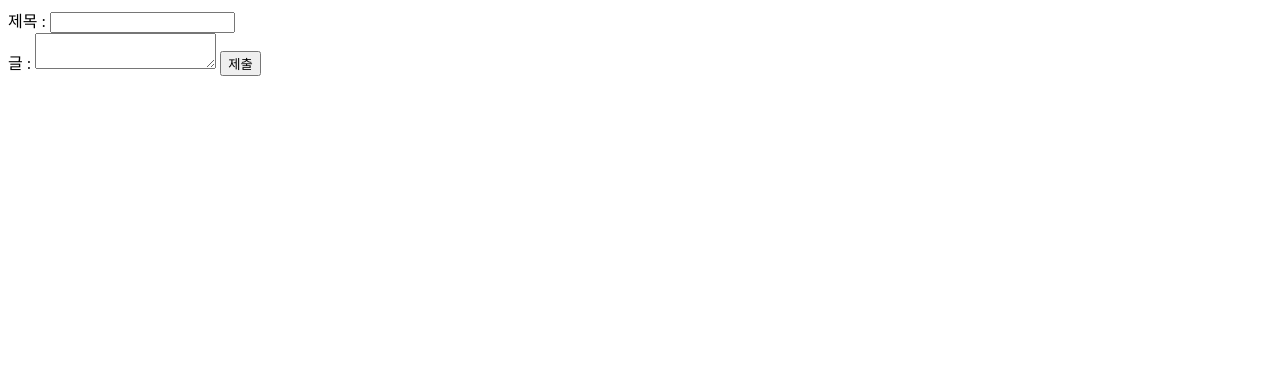
Repository: minimelody/servlet
Page: http://localhost/web2/views/notice/noticeWriteReady.jsp
These files come from the project's save history. The page is drawn as it stood at one moment and after the next save; the edit follows.
The browser window is 1280 px wide. The pictures show the whole page.
The page is served by Tomcat 9. Other server files are loaded and not shown.

Above is the page before, as saved 2018-05-29 06:14:27.

### webworkspace2/web2/WebContent/views/notice/noticeWriteReady.jsp
<%@ page language="java" contentType="text/html; charset=UTF-8"
    pageEncoding="UTF-8"%>
<!DOCTYPE html PUBLIC "-//W3C//DTD HTML 4.01 Transitional//EN" "http://www.w3.org/TR/html4/loose.dtd">
<html>
<head>
<meta http-equiv="Content-Type" content="text/html; charset=UTF-8">
<title>공지사항 작성</title>
</head>
<body>
<form action="noticeWrite" method="post">
	제목 : <input type="text" name="subject"><br>
	글 : <textarea name="contents"></textarea>
	<input type="submit" value="제출">
</form>
</body>
</html>

After the next save:
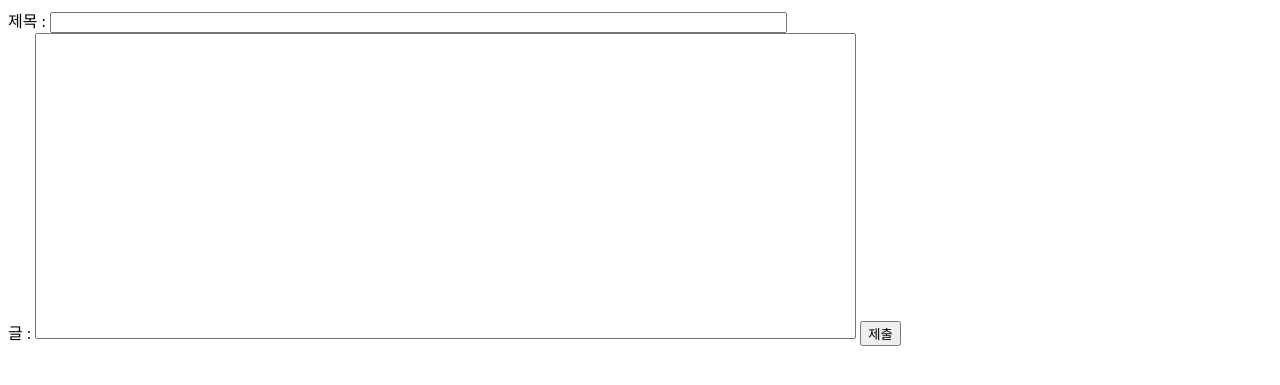
Saved 62 s later.
--- a/webworkspace2/web2/WebContent/views/notice/noticeWriteReady.jsp
+++ b/webworkspace2/web2/WebContent/views/notice/noticeWriteReady.jsp
@@ -8,8 +8,8 @@
 </head>
 <body>
 <form action="noticeWrite" method="post">
-	제목 : <input type="text" name="subject"><br>
-	글 : <textarea name="contents"></textarea>
+	제목 : <input type="text" name="subject" size=89><br>
+	글 : <textarea rows="20" cols="100" name="contents" style="resize:none;"></textarea>
 	<input type="submit" value="제출">
 </form>
 </body>
